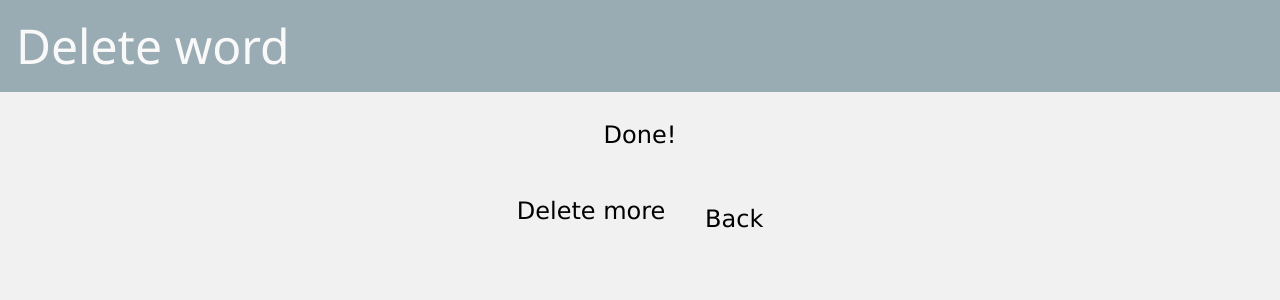
Repository: OleksandrDoskaliukKN313/IIC
Page: http://localhost/WebDictionary/deleteWord.jsp
The author's editor kept a copy of each file at every save. The page is drawn from the files as they stood at one save, then again after the next save.
The browser window is 1280 px wide. The pictures show the whole page.
The page is served by Tomcat 9. Other server files are loaded and not shown. Queries for data that is not in the repository find no rows.

Above is the page before, as saved 2020-10-12 10:34:26.

### WebDictionary/WebContent/deleteWord.jsp
<%@ page language="java" contentType="text/html; charset=ISO-8859-1"
    pageEncoding="ISO-8859-1"%>
    <%@ page import = "database.DatabaseFacade" %>
<!DOCTYPE html>
<html>
<head>
<meta charset="ISO-8859-1">
<title>Delete word JSP</title>
<link rel="stylesheet" href="w3.css">
</head>
<body class="w3-light-grey ">
<div class="w3-container w3-blue-grey w3-opacity w3-left-align 	">
        <h1 class = "w3-xxxlarge">Delete word</h1>
    </div>
<div class = "w3-xlarge w3-container w3-center">
<%
	String en = request.getParameter("en");
	DatabaseFacade.getStatment().execute("delete from words.words where(en='"+ en + "');");
%>
<p>Done!</p>
<button class = "w3-btn w3-hover-green w3-round-large"onclick="location.href='deleteWord'">Delete more</button>
<button class="w3-btn w3-hover-red w3-round-large w3-margin-top"onclick="location.href='index.html'">Back</button>
</div>
</body>
</html>

### WebDictionary/src/database/DatabaseFacade.java
package database;


import java.sql.Connection;
import java.sql.DriverManager;
import java.sql.SQLException;
import java.sql.Statement;

public class DatabaseFacade {
	private static Statement statement=null;
	private DatabaseFacade() {
		getStatment();
	}

	public static Statement getStatment()
	{
		if(statement==null)
		{
			try
			{
				Connection connection = DriverManager.getConnection("jdbc:postgresql://localhost:5432/dictionary","postgres","1234");
				statement = connection.createStatement();
				return statement;

			} catch (SQLException e) {

				System.out.println("Connection Failure!");
				e.printStackTrace();
				return null;
			}
		}
		else return statement;

	}
}

Loaded but not shown: WebDictionary/WebContent/w3.css (library)

After the next save:
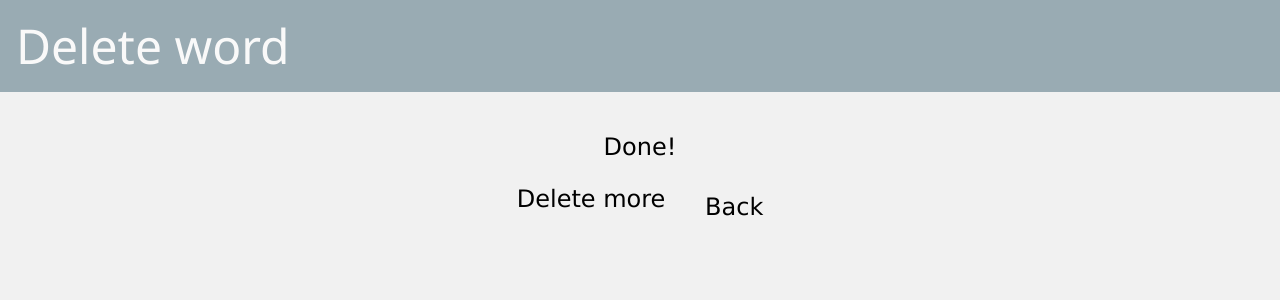
Saved 23 s later.
--- a/WebDictionary/WebContent/deleteWord.jsp
+++ b/WebDictionary/WebContent/deleteWord.jsp
@@ -17,7 +17,7 @@
 	String en = request.getParameter("en");
 	DatabaseFacade.getStatment().execute("delete from words.words where(en='"+ en + "');");
 %>
-<p>Done!</p>
+<br>Done!<br>
 <button class = "w3-btn w3-hover-green w3-round-large"onclick="location.href='deleteWord'">Delete more</button>
 <button class="w3-btn w3-hover-red w3-round-large w3-margin-top"onclick="location.href='index.html'">Back</button>
 </div>
